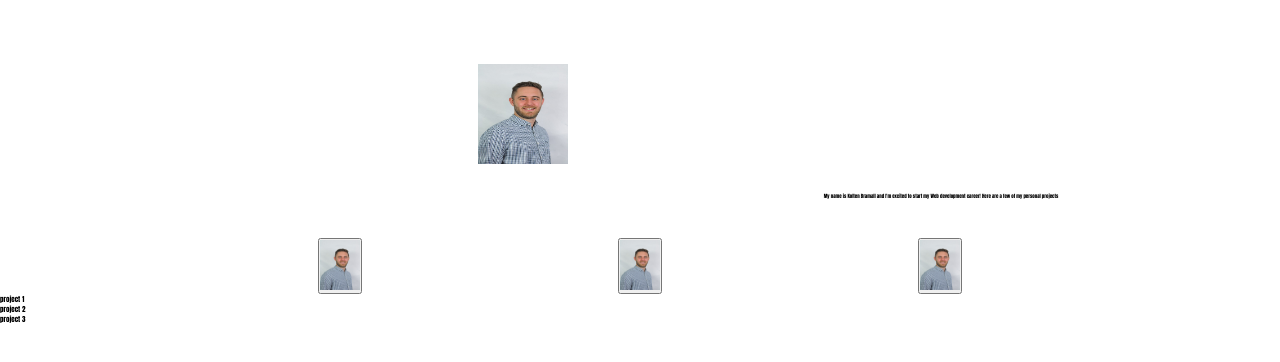
Repository: Kobramall/portfolio-project
Page: /portfolio
An editor plug-in stored every save of this project. The page is shown before and after the next save, followed by the edit.
The browser window is 1280 px wide. The pictures show the whole page.
The project was rebuilt for these pictures with package versions that can differ from the ones it lists, and the page was loaded fresh each time. Also part of the build but not shown: src/App.css, src/componets/Main.jsx. Imported but missing from the stored project, and not drawn on this page: src/assets/Landscape.mov.

Above is the page before, as saved 2022-11-01 15:29:58.

After the next save:
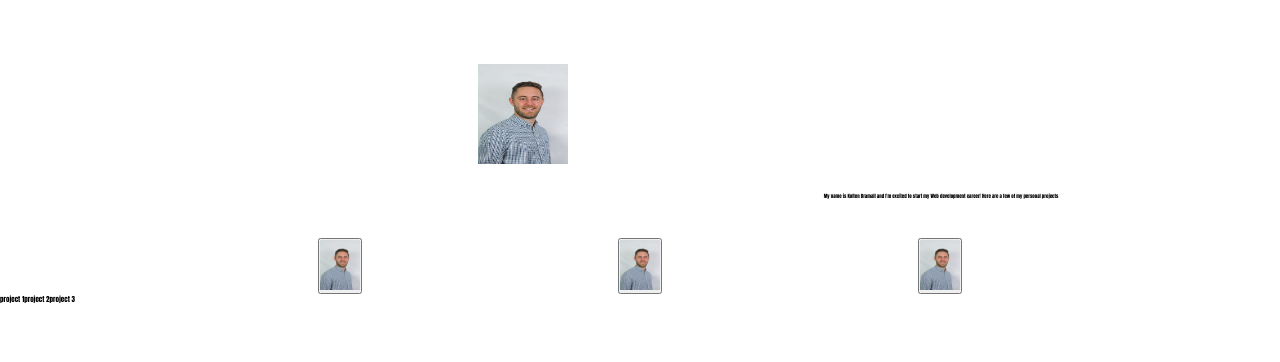
Saved 26 s later.
--- a/src/Portfolio.css
+++ b/src/Portfolio.css
@@ -30,3 +30,7 @@
     margin-left: 10%;
     margin-right:10% ;
   }
+
+  .projectDes{
+    display: flex;
+  }
